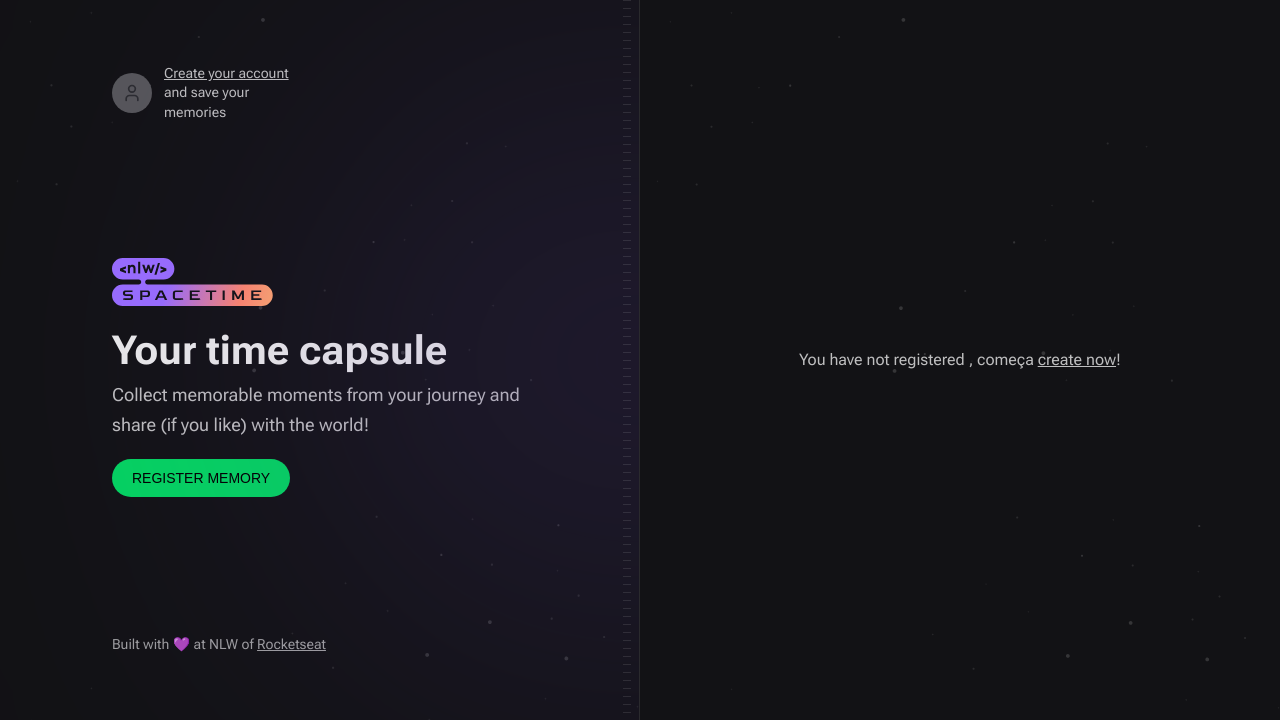
Repository: alexandrecpedro/spacetime
Page: / (app in frontend/)
These files come from the project's save history. The page is drawn as it stood at one moment and after the next save; the edit follows.
The browser window is 1280 px wide. The pictures show the whole page.
Some web fonts or font styles are not loaded; a fallback is used. The project was rebuilt for these pictures with package versions that can differ from the ones it lists, and the page was loaded fresh each time. The framework's server and built-in components were replaced by stand-ins that run in the browser. Also part of the build but not shown: frontend/next.config.js.

Above is the page before, as saved 2023-05-16 21:36:02.

After the next save:
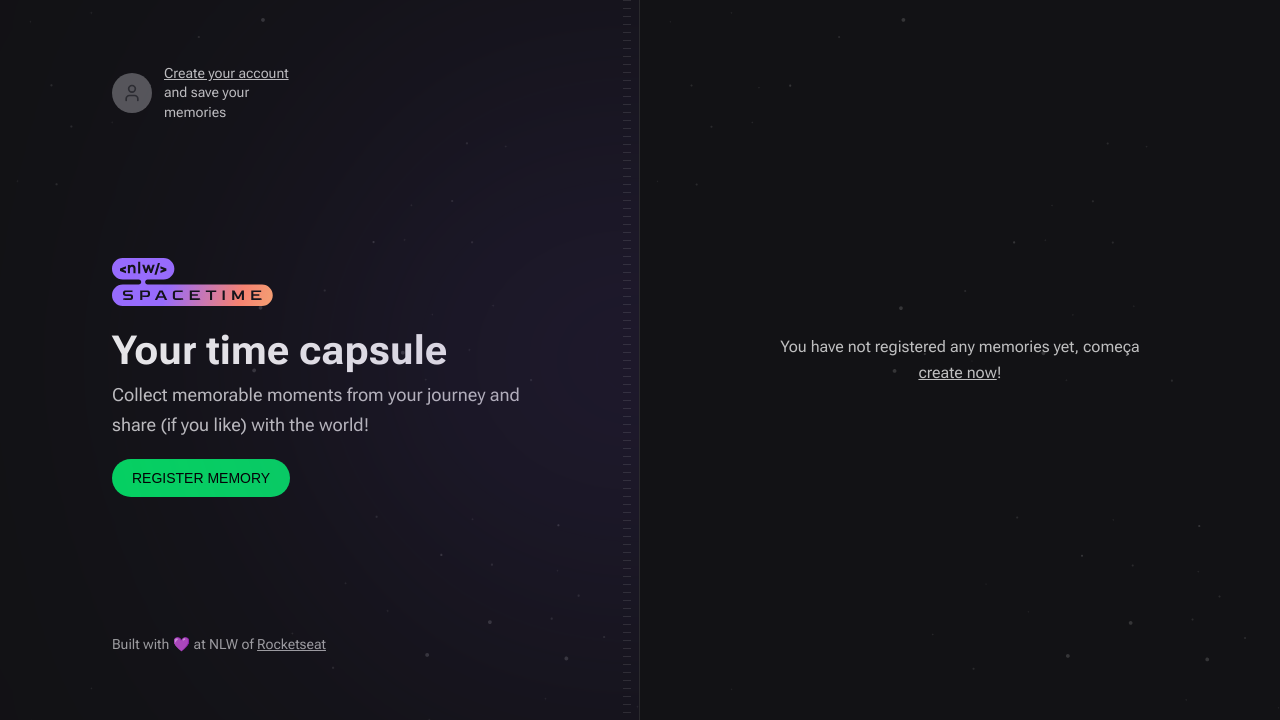
Saved 6 s later.
--- a/frontend/src/app/page.tsx
+++ b/frontend/src/app/page.tsx
@@ -69,7 +69,7 @@ export default function Home() {
       <div className="flex flex-col bg-[url(../assets/bg-stars.svg)] bg-cover p-16">
         <div className="flex flex-1 items-center justify-center">
           <p className="w-[360px] text-center leading-relaxed">
-            You have not registered  , começa{' '}
+            You have not registered any memories yet, começa{' '}
             <a href="" className="underline hover:text-gray-50">
               create now
             </a>
